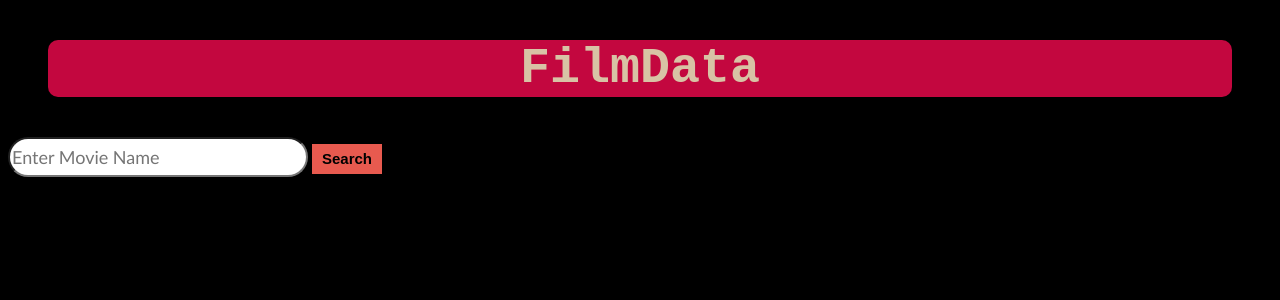
Repository: priyankajainmodi/film_data
Page: index.html
An editor plug-in stored every save of this project. The page is shown before and after the next save, followed by the edit.
The browser window is 1280 px wide. The pictures show the whole page.

Above is the page before, as saved 2021-11-26 17:24:31.

After the next save:
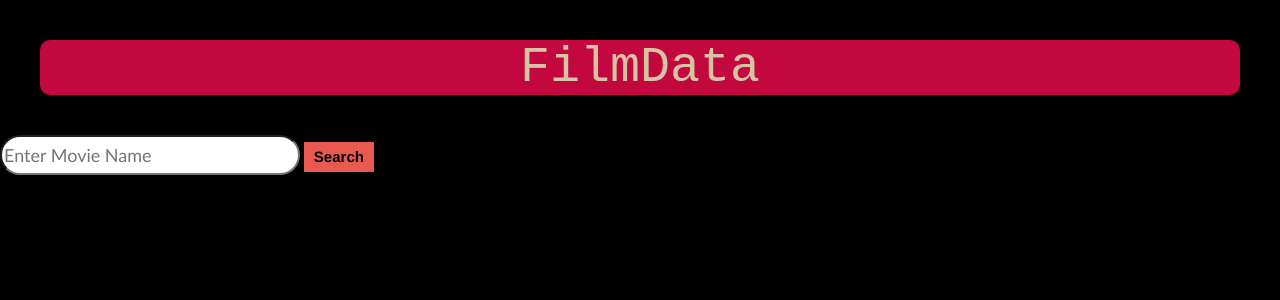
Saved 22 s later.
--- a/index.html
+++ b/index.html
@@ -5,7 +5,14 @@
 
     <link rel="icon" href="favicon/favicon.ico" type="image/x-icon">
     <link rel="stylesheet" href="https://cdnjs.cloudflare.com/ajax/libs/font-awesome/4.7.0/css/font-awesome.min.css">
+    <!-- Latest compiled and minified CSS -->
+    <link rel="stylesheet" href="https://maxcdn.bootstrapcdn.com/bootstrap/3.4.1/css/bootstrap.min.css">
 
+    <!-- jQuery library -->
+    <script src="https://ajax.googleapis.com/ajax/libs/jquery/3.5.1/jquery.min.js"></script>
+
+    <!-- Latest compiled JavaScript -->
+    <script src="https://maxcdn.bootstrapcdn.com/bootstrap/3.4.1/js/bootstrap.min.js"></script>
     <meta name="viewport" content="width=device-width, initial-scale=1.0">
     <style>
         body {
